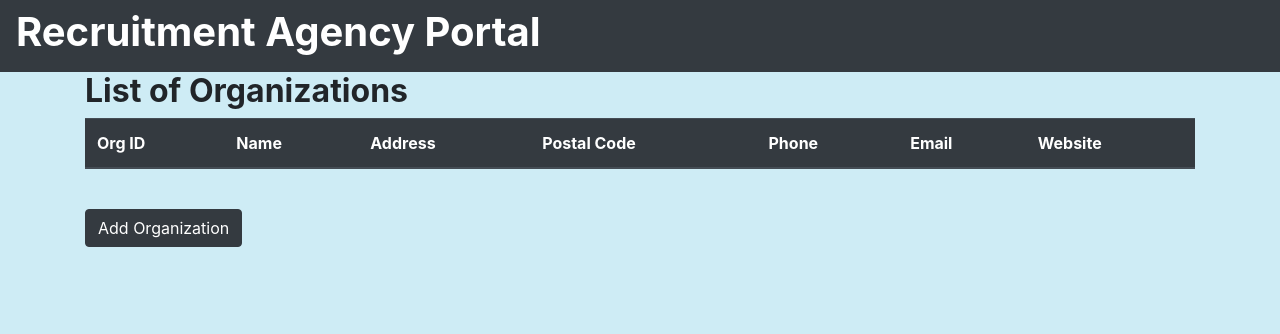
Repository: ism-shahriar/RecruitmentAgencyPortal
Page: http://localhost/index
These files come from the project's save history. The page is drawn as it stood at one moment and after the next save; the edit follows.
The browser window is 1280 px wide. The pictures show the whole page.
The page is this project's Thymeleaf template; nobody is signed in. The template is opened directly, without the code that normally fills it, so the values that code supplies are empty.

Above is the page before, as saved 2020-04-17 08:08:40.

After the next save:
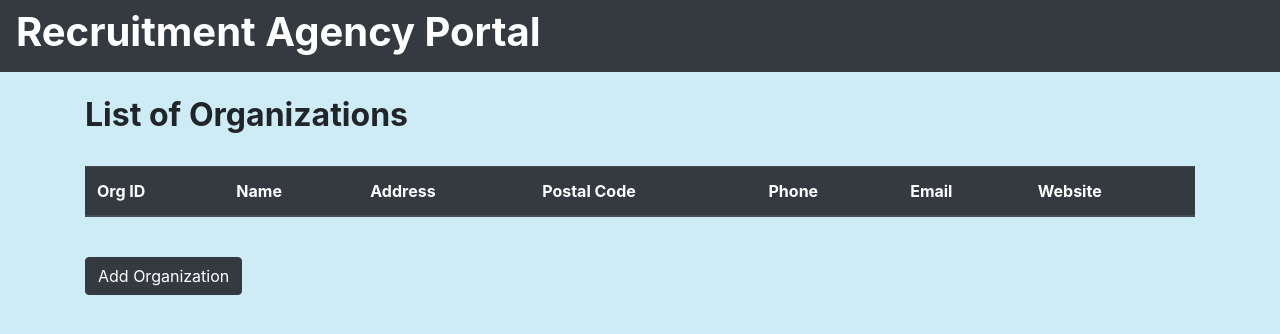
Saved 9 s later.
--- a/SpringBootOrgWeb/src/main/resources/templates/index.html
+++ b/SpringBootOrgWeb/src/main/resources/templates/index.html
@@ -11,7 +11,7 @@
 	<h1 style="font-weight: bold; color: white">Recruitment Agency Portal</h1>
 </nav>
 <div class="container" style="background-color: #CEECF5">
-<h2 style="font-weight: bold">List of Organizations</h2>
+<br><h2 style="font-weight: bold">List of Organizations</h2><br>
 	<table class="table table-dark table-striped">
 		<thead>
 			<tr>
